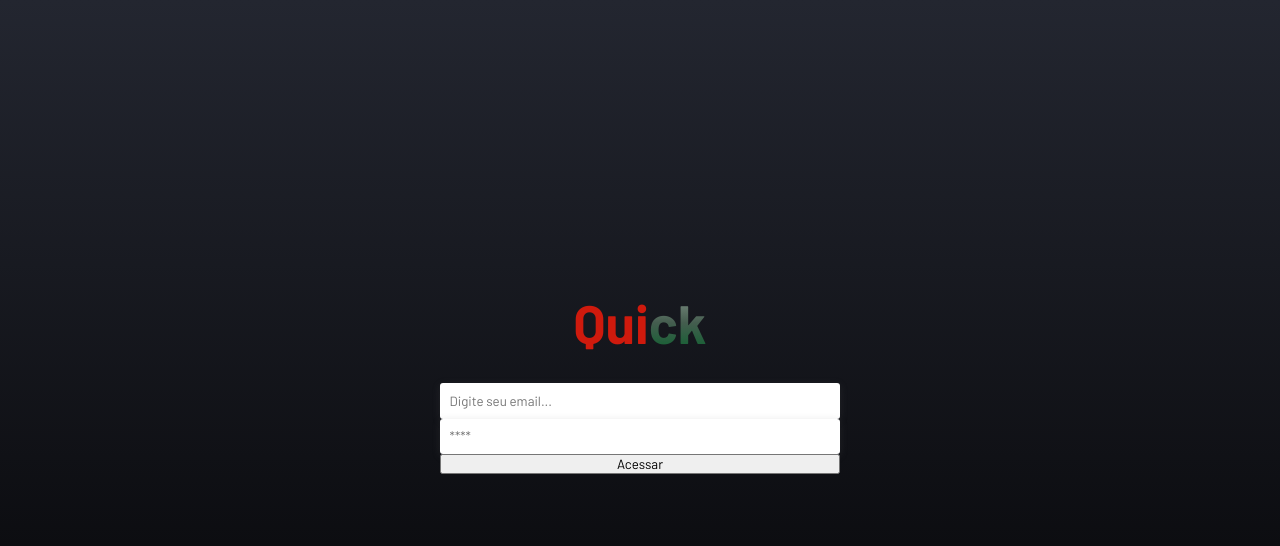
Repository: pheonix5/formulario_stap
Page: /login
These files come from the project's save history. The page is drawn as it stood at one moment and after the next save; the edit follows.
The browser window is 1280 px wide. The pictures show the whole page.
The project was rebuilt for these pictures with package versions that can differ from the ones it lists, and the page was loaded fresh each time. Also part of the build but not shown: vite.config.js, src/services/firebaseConnection.js, src/components/FormComponents/MotoristaForm.css, src/components/FormComponents/MotoristaForm.tsx, src/components/FormComponents/DateForm.css, src/components/FormComponents/DateForm.tsx, src/components/FormComponents/PlacaForm.tsx, src/components/FormComponents/DocumentoForm.css and 13 more.

Above is the page before, as saved 2023-05-30 19:30:06.

After the next save:
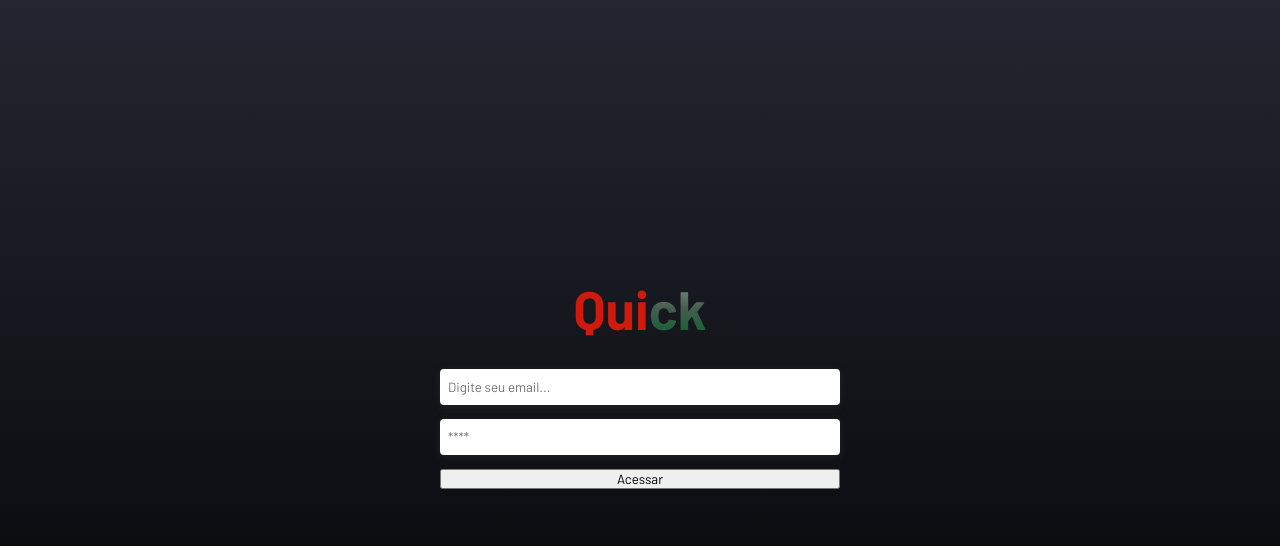
Saved 40 s later.
--- a/src/pages/Login/login.css
+++ b/src/pages/Login/login.css
@@ -13,3 +13,11 @@
   width: 100%;
   max-width: 400px;
 }
+
+.form input{
+  border: 0;
+  height: 36px;
+  margin-bottom: 14px;
+  border-radius: 4px;
+  padding: 0 8px;
+}
